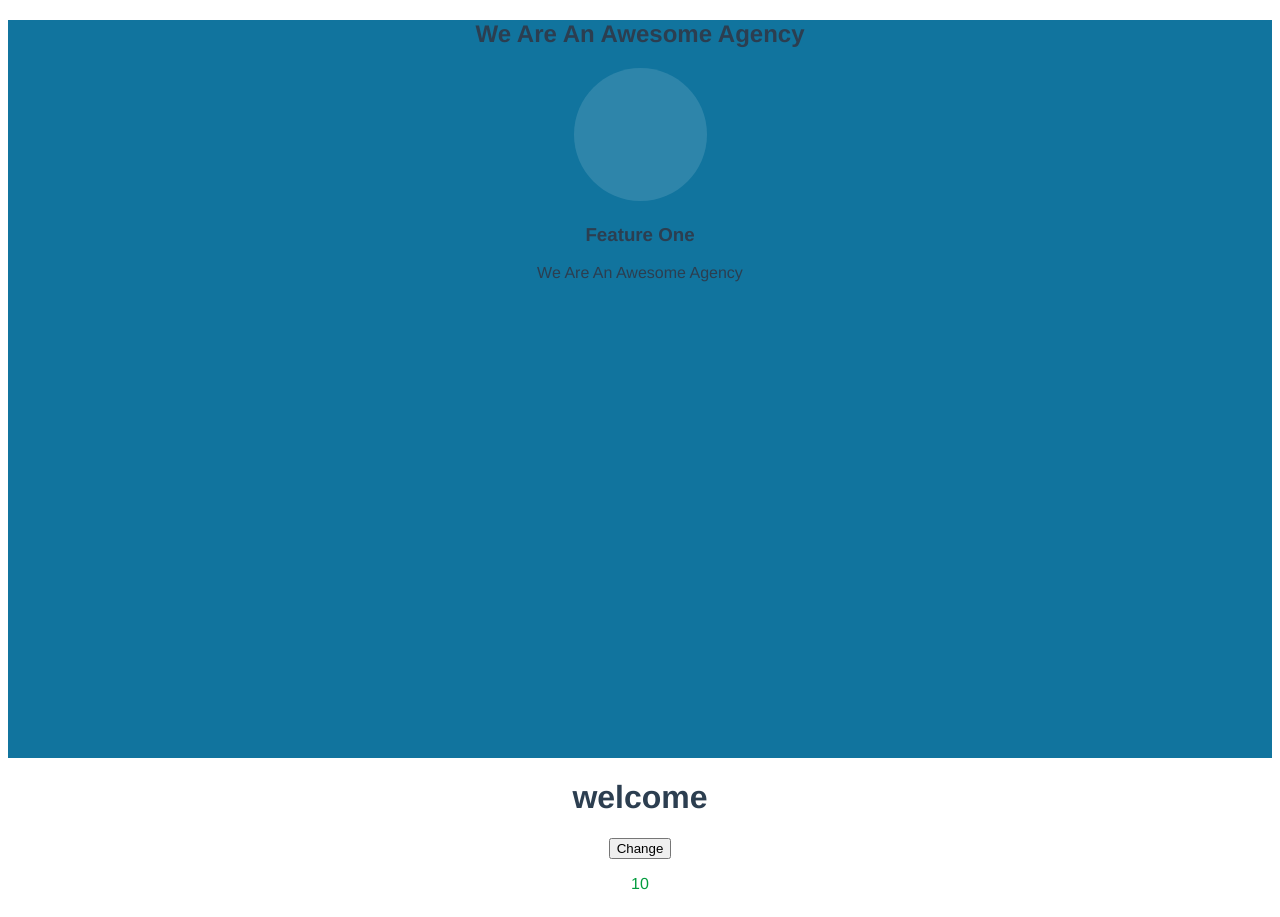
Repository: joker506/Creatives
Page: /
An editor plug-in stored every save of this project. The page is shown before and after the next save, followed by the edit.
The browser window is 1280 px wide. The pictures show the part of the page from y = 908 to 1836 px (the page is 1825 px tall before and 1836 px after).
The project was rebuilt for these pictures with package versions that can differ from the ones it lists, and the page was loaded fresh each time.

Above is the page before, as saved 2020-04-01 18:28:10.

After the next save:
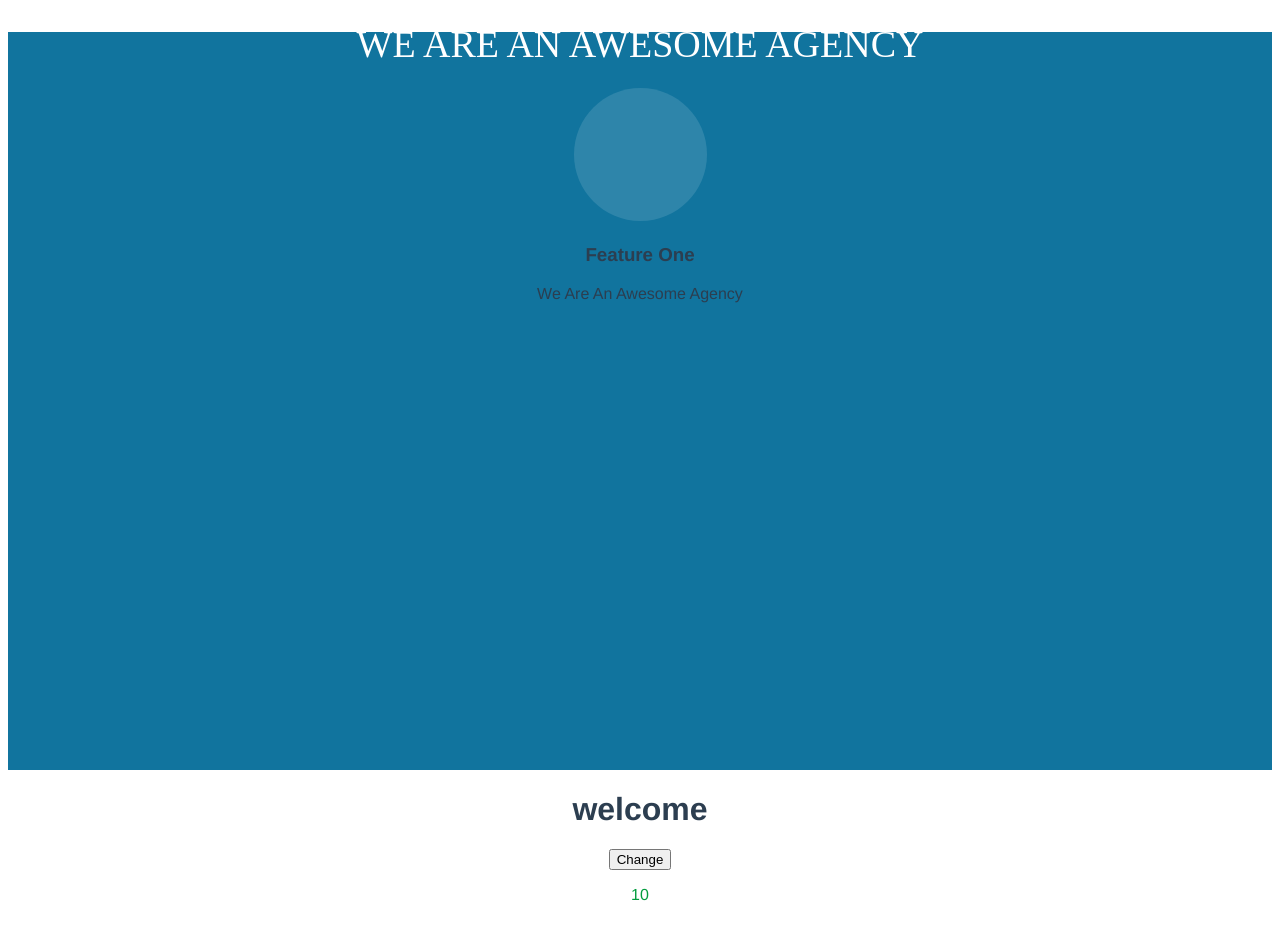
Saved 2 min 40 s later.
--- a/src/components/AdvantagesApp.vue
+++ b/src/components/AdvantagesApp.vue
@@ -23,10 +23,20 @@ export default {
 </script>
 
 <style lang="scss">
+
 .advantages{
-   max-width: 1600px;
+max-width: 1600px;
 height: 738px;
 background-color: #11749e;
 }
 
+.advantages__title{
+color: #ffffff;
+font-family: Gotham;
+font-size: 38px;
+font-weight: 500;
+line-height: 25px;
+text-transform: uppercase;
+}
+
 </style>
